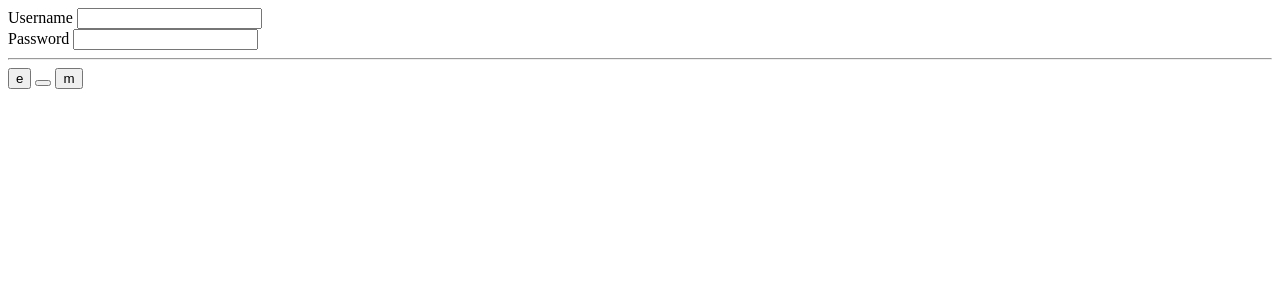
Repository: mavn2/ERS
Page: APP/ExpenseReimbursementSystem/src/main/webapp/index.html
An editor plug-in stored every save of this project. The page is shown before and after the next save, followed by the edit.
The browser window is 1280 px wide. The pictures show the whole page.

Above is the page before, as saved 2021-03-30 02:26:47.

### APP/ExpenseReimbursementSystem/src/main/webapp/index.html
<!DOCTYPE html>
<html>
<head>
<meta charset="UTF-8">
<title>Insert title here</title>
</head>
<body>
	<form action="login" method="post">
		<label for="username">Username</label>
		<input type="text" name="username" />
		<br/>
		<label for="password">Password</label>
		<input type="text" name="password" />
		<hr/>
		<input type="submit" name="type" value="e" />
		<button type="submit" name="type" value="e"></button>
		<input type="submit" name="type" value="m"/>
	</form>
</body>
</html>

After the next save:
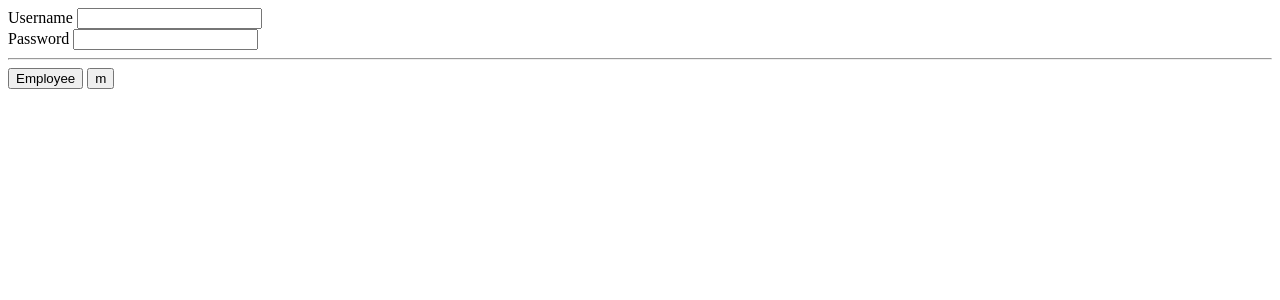
Saved 15 s later.
--- a/APP/ExpenseReimbursementSystem/src/main/webapp/index.html
+++ b/APP/ExpenseReimbursementSystem/src/main/webapp/index.html
@@ -12,8 +12,8 @@
 		<label for="password">Password</label>
 		<input type="text" name="password" />
 		<hr/>
-		<input type="submit" name="type" value="e" />
-		<button type="submit" name="type" value="e"></button>
+		<!-- <input type="submit" name="type" value="e" /> -->
+		<button type="submit" name="type" value="e">Employee</button>
 		<input type="submit" name="type" value="m"/>
 	</form>
 </body>
